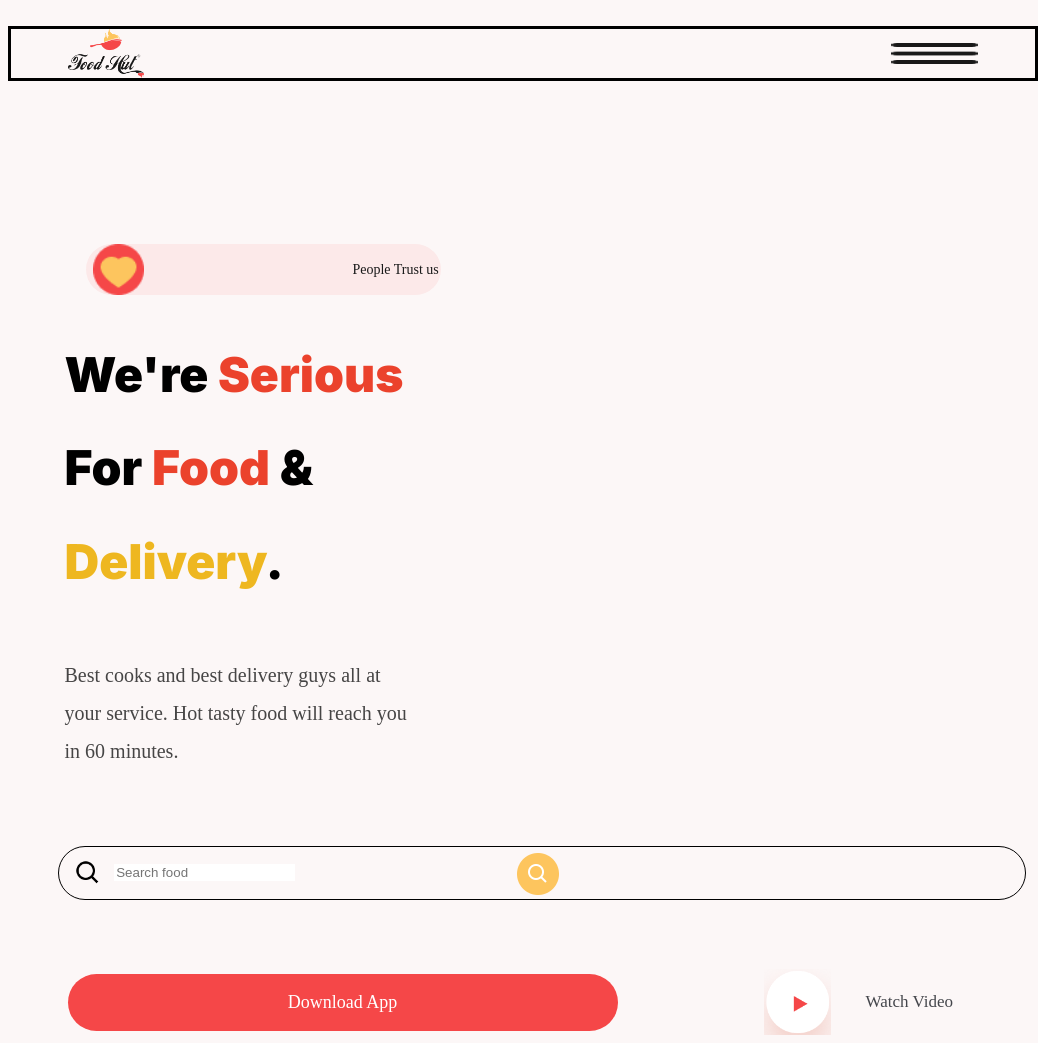
Repository: ReyhanehRahmani/Food-Hut
Page: FoodHut.html
These files come from the project's save history. The page is drawn as it stood at one moment and after the next save; the edit follows.
The browser window is 1024 px wide. The page is 1038 px wide, then 1032 px, so the pictures cover 1038 px, including what lies to the right of the window. The pictures show the whole page.
Some web fonts or font styles are not loaded; a fallback is used.

Above is the page before, as saved 2025-05-29 00:14:59.

### FoodHut.html
<!DOCTYPE html>

<html lang="en">

    <head>

    <meta name="viewport" content="width=device-width, initial-scale=1.0" />

        <title>Food Hut</title>

        <link rel="icon" type="image/jpg" href="favicon.png">

        <link rel="preconnect" href="https://fonts.googleapis.com">

        <link rel="stylesheet" href="FoodHut.css">

        <link rel="preconnect" href="https://fonts.googleapis.com">

        <link rel="preconnect" href="https://fonts.gstatic.com" crossorigin>

        <link href="https://fonts.googleapis.com/css2?family=Inter:ital,opsz,wght@0,14..32,100..900;1,14..32,100..900&display=swap" rel="stylesheet">

        <link rel="preconnect" href="https://fonts.googleapis.com">

        <link rel="preconnect" href="https://fonts.gstatic.com" crossorigin>

        <link href="https://fonts.googleapis.com/css2?family=Sofia+Sans:ital,wght@0,1..1000;1,1..1000&display=swap" rel="stylesheet">

    </head>

    <body>

        <div id="part1">

        <div class="headh">
            <img src="favicon.png" alt="Food Hut logo" class="FoodHutLogo">

            <div class="navlaptop">
                    <p class="mm">Today special offers</p>
                    <p class="mm">Why FoodHut</p>
                    <p class="mm">Our Menu</p>
                    <p class="mm">Our Popular food</p>

            </div>
            <div class="downloadbt"><p>Download App</p></div>
            <img src="slider.png" id="slider">
        </div>



        <div class="maincontainer">
            <div class="container1">

                <div id="HeartBox">
                    <img id="Heart" src="ghalb.png" style="margin-left: 3px;" >
                    <p id="trust">People Trust us</p>
                </div>

                <p id="BigBox1">
                    We're <spsn style="color: rgb(235, 66, 44);">Serious</spsn> <br> For <span style="color: rgb(235, 66, 44);">Food</span> & <br><span style="color: rgb(238, 183, 32);">Delivery</span>.
                </p>
                <p id="BigBox1laptop">
                    We're <spsn style="color: rgb(235, 66, 44);">Serious</spsn>  For <br><span style="color: rgb(235, 66, 44);">Food</span> & <span style="color: rgb(238, 183, 32);">Delivery</span>.
                </p>

                <p id="text1">
                    Best cooks and best delivery guys all at <br>your service. Hot tasty food will reach you<br>in 60 minutes.
                </p>
                <p id="text1laptop">
                    Best cooks and best delivery guys all at your <br>service. Hot tasty food will reach you in 60<br>minutes.
                </p>
                <div class="searchbox">
                    <img src="zarebin2.png" id="zarebin2">
                    <input class="inin" type="text" minlength="3" maxlength="30" placeholder="Search food"></input>
                    <button class="butbut"><img src="zarebin.png" id="zarebin"></button>
                </div>


                <div id="PlayBox">
                    <div id="download"><p>Download App</p></div>
                    <div id="bori1">
                    <img src="playb.png" id="PlayButton">
                    <p id="Watch">Watch Video</p>
                    </div>
                </div>

            </div>
            <img src="pic1.png" id="pic1laptop">

        </div>

    </div>




    </body>

</html>

### FoodHut.css
/*font family - font size - align items like heart*/

@media screen and (max-width: 1279px){



body {
    background-color: #fcf7f7;

}

#part1{
}

.headh{
    border: solid;
    display: flex;
    justify-content: space-between;
    width: 100vw;
    height: 6.739130435vh;
    align-items: center;
    margin-top: 2.608695652%;
}


.FoodHutLogo{
    margin-left: 5.607476636%;
    height: 100%;
}

#slider{
    width: 8.411214953%;
    height: 43.548387097%;
    margin-right: 5.607476636%;
}

/*#NavbarSlider{
    margin-top: 41px;
    margin-right: 5.6vw;
    float: right;
    position: fixed;
    border: 2px solid red;
}

.slider{
    width: 36px;
    height: 5px;
    border-radius: 17px;
    display: flex;
    justify-content: space-between;
    flex-direction: column;
    gap: 6px;
    background: rgba(25, 25, 25, 1);
    margin-right: 24px;

}*/



#HeartBox{
    display: flex;
    justify-content: space-between;
    gap: 1.438848921%;
    width: 35.226415094%;
    height: 4.261796043%;
    align-items: center;
    border-radius: 100px;
    white-space: nowrap;
    background-color: #fce9e9;
    margin-top: 16.228070175%;
    margin-left: 7.710280374%;
}

#trust{
    font-weight: 400;
    font-size: 0.875rem;
    line-height: 100%;
    letter-spacing: 0%;
    /*align-items: center;
    justify-content: center;*/
    color: rgba(25, 25, 25, 1);
    margin-right: 2px;

}

#Heart{
    position: static;
    width: 14.288489209%;
    height: 71.428571429%;
    padding-left: 1.168224299%;
    align-self: center;
}

#BigBox1{
    width: 88.785046729%;
    height: 21.058315335%;
    align-content: center;
    margin-top: 3.225806452%;
    margin-left: 5.607476636%;
    font-weight: 900;
    font-size: 3rem;
    line-height: 195%;
    letter-spacing: 0%;
    font-family: "Inter";
}

/*#Box1Paragragh{
    font-weight: 900;
    font-size: 48px;
    line-height: 195%;
    letter-spacing: 0%;
}*/

#text1{
    width: 88.551401869%;
    height: 8.804347826%;
    margin-top: 4.347826087%;
    margin-left: 5.607476636%;
    opacity: 0.8;
    font-family: "Sofia Sans";
    font-weight: 400;
    font-size: 1.25rem;
    line-height: 190%;
    letter-spacing: -1%;
    color: #191919;
    white-space: nowrap;

}

#text1laptop{
    display: none;
}

.searchbox{
    border: solid;
    display: flex;
    border-width: 0.5px;
    border-radius: 100px;
    align-items: center;
    height: 8.709677419%;
    margin-top: 4.35483871;
    width: 95.785046729%;
    margin-left: 4.979253112%;
    margin-top: 7.476635514%;

}

.searchbox .inin{
    border: 0px;
    margin-left: 12px;

}

.searchbox .butbut{
    border: 0px;
    background-color: rgba(127, 255, 212, 0);
    margin-left: 22.324840764%;
}

#zarebin{
    height: 42px;
    padding-top: 5px;

}

#zarebin2{
    width: 28px;
    height: 28px;
    margin-left: 15px;

}

#PlayBox{
    display: flex;
    height: 5.652173913%;
    margin-top: 6.838709677%;
    justify-content: space-between;
    gap: 8.244680851%;
    align-items: center;
    width: 87.85046729%;
    margin-left: 5.907476636%;

}

#download{
    width: 65.085106383%;
    border-radius: 100px;
    background-color: #F54748;
    font-family: "Sofia Sans";
    text-align: center;
    margin-top: 1px;
    color: #FFFFFF;
    font-weight: 900px;
    font-size: 18px;
    letter-spacing: 0px;
    text-transform: capitalize;

}

#bori1{
    display: flex;
    margin-left: 8.244680851%;
    height: 100%;
    justify-content: space-between;
    gap: 11.475409836%;
    align-items: center;
}

#Watch{
    font-family: "Sofia Sans";
    font-weight: 300;
    font-size: 17px;
    line-height: 100%;
    letter-spacing: 0%;
    color: #44464b;
    white-space: nowrap;

}

#PlayButton{
    height: 100%;
    width: 35.415300546%;

}

.navlaptop{
    display: none;
}

.downloadbt{
    display: none;
}

#BigBox1laptop{
    display: none;
}

#pic1laptop{
    display: none;
}

}


@media screen and (min-width: 1280px){

body{
    position: relative;
}

.headh{
    display: flex;
    position: relative;
    align-items: center;
    margin-top: 2.46343341%;
}

.headh .FoodHutLogo{
    width: 8.402777778%;
    height: 6.004618938%;
    margin-left: 5.46875%;

}

.navlaptop {
    display: flex;
    gap: 7.575757576%;
    align-items: center;
    margin-left: 20.75%;

}

.navlaptop .mm{
    font-family: "Sofia Sans";
    font-weight: 400;
    font-size: 1.125rem;
    line-height: 100%;
    letter-spacing: 0px;
    text-transform: capitalize;
    color: #191919;
    white-space: nowrap;
}

.downloadbt{
    position: absolute;
    width: 11.25%;
    line-height: 100%;
    height: 57.692307692%;
    border-radius: 100px;
    background-color: #F54748;
    font-family: "Sofia Sans";
    text-align: center;
    margin-top: 1px;
    color: #FFFFFF;
    font-weight: 400;
    font-size: 18px;
    letter-spacing: 0px;
    text-transform: capitalize;
    margin-left: 84.513888889%;


}

.maincontainer{
    display: flex;
    justify-content: space-between;


}

.container1{
    margin-left: 4.861111111%;
    display: block;
    align-content: center;

}

#HeartBox{
    display: flex;
    justify-content: space-between;
    width: 28.226415094%;
    height: 4.261796043%;
    align-items: center;
    border-radius: 100px;
    white-space: nowrap;
    background-color: #fce9e9;
}

#trust{
    margin-right: 2px;
}

#BigBox1laptop{
    font-family: "Inter";
    font-weight: 900;
    font-size: 3.625rem;
    line-height: 100%;
    letter-spacing: 0%;
    margin-top: 3.04414003%;

}

#BigBox1{
    display: none;
}

#Heart{
    height: 20px;
    width: 20px;
}

#trust{
    font-family: Inter;
    font-weight: 400;
    font-size: 0.875rem;
    line-height: 100%;
    letter-spacing: 0%;

}

#text1{
    font-family: "Sofia Sans";
    font-weight: 400;
    font-size: 1.5rem;
    line-height: 100%;
    letter-spacing: -1%;
    opacity: 0.8;
    margin-top: 3.877419355%;
    color: #191919;

}


.searchbox{
    border: solid;
    display: flex;
    border-width: 0.5px;
    border-radius: 100px;
    align-items: center;
    height: 8.709677419%;
    margin-top: 4.35483871;

}

.searchbox .inin{
    border: 0px;
    margin-left: 12px;

}

.searchbox .butbut{
    border: 0px;
    background-color: rgba(127, 255, 212, 0);
    margin-left: 41.324840764%;
}

#zarebin{
    height: 42px;
    padding-top: 5px;

}

#zarebin2{
    width: 28px;
    height: 28px;
    margin-left: 15px;

}

#pic1laptop{
    width: 47.847222222%;
    height: auto;
}

#PlayBox{
    display: flex;
    height: 8.387096774%;
    margin-top: 4.838709677%;
    align-items: center;
}

#download{
    width: 33.085106383%;
    height: 86.538461538%;
    border-radius: 100px;
    background-color: #F54748;
    font-family: "Sofia Sans";
    text-align: center;
    margin-top: 1px;
    color: #FFFFFF;
    font-weight: 400;
    font-size: 18px;
    line-height: 100%;
    letter-spacing: 0px;
    text-transform: capitalize;


}

#bori1{
    display: flex;
    margin-left: 8.244680851%;
    height: 100%;
    justify-content: space-between;
    gap: 11.475409836%;
}

#Watch{
    font-family: "Sofia Sans";
    font-weight: 300;
    font-size: 17px;
    line-height: 100%;
    letter-spacing: 0%;
    color: #686D77;
    white-space: nowrap;

}

#PlayButton{
    height: 100%;
}
}

After the next save:
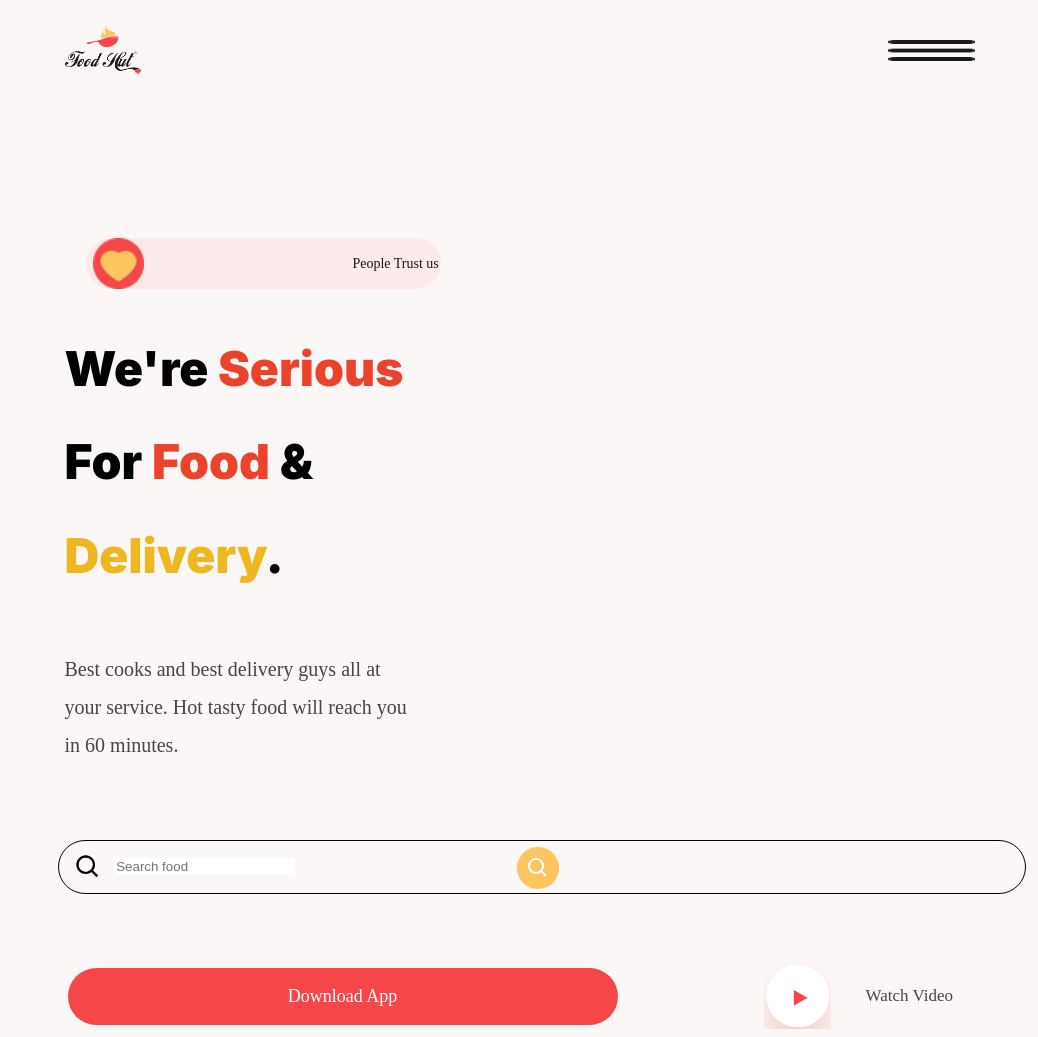
Saved 24 s later.
--- a/FoodHut.css
+++ b/FoodHut.css
@@ -13,7 +13,6 @@ body {
 }
 
 .headh{
-    border: solid;
     display: flex;
     justify-content: space-between;
     width: 100vw;
